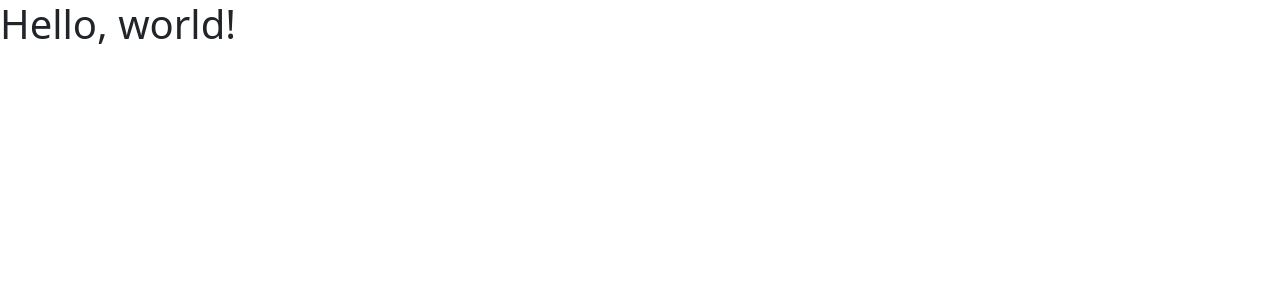
Repository: Reshu70/dental
Page: css/index.html
An editor plug-in stored every save of this project. The page is shown before and after the next save, followed by the edit.
The browser window is 1280 px wide. The pictures show the whole page.

Above is the page before, as saved 2024-06-05 15:38:26.

After the next save:
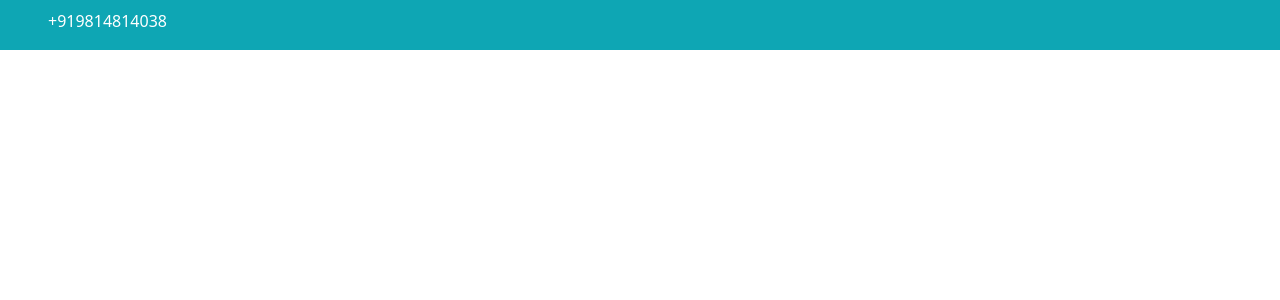
Saved 48 s later.
--- a/css/index.html
+++ b/css/index.html
@@ -11,7 +11,21 @@
     <title>Hello, world!</title>
   </head>
   <body>
-    <h1>Hello, world!</h1>
+   <div class="container-fluid">
+    <div class="row text-white" style="height: 50px; background-color:rgb(14,166,180)">
+        <div class="col-md-12 col-sm-12">
+          <div class="topnav" style="padding-left: 20px; padding-right:20px;">
+            <a
+                      ><i class="mt-2 m-2 fa fa-phone" style="font-size: 24px"></i
+                      >+919814814038</a
+                    >
+            <a href="#">
+            <a href="#about" class="split m-1 pt-2"><i class="fa fa-facebook-f" style="font-size:20px;color:white;"></i></a></a>
+            <a href="#about" class="split m-1 pt-2"><i class="fa fa-facebook-f" style="font-size:20px;color:white;"></i></a></a>
+            </div>
+        </div>
+      </div>
+   </div>
 
     <!-- Optional JavaScript; choose one of the two! -->
 
